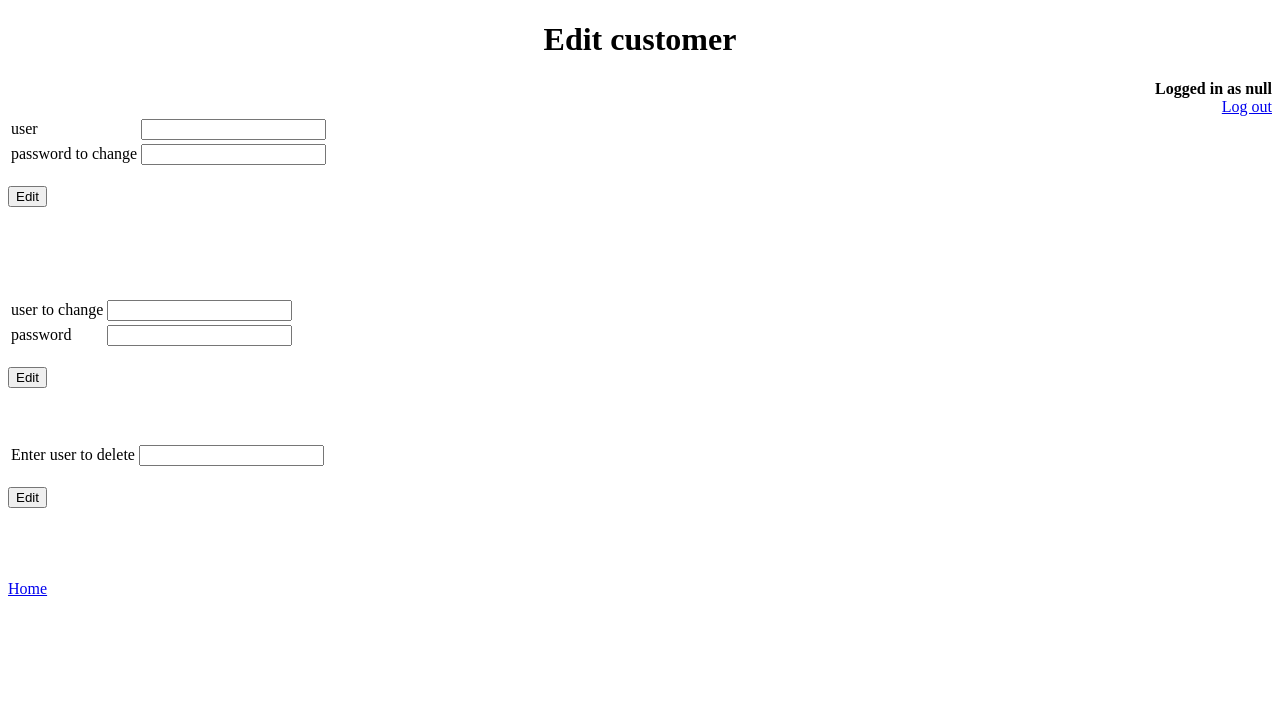
Repository: Pheazon/data_management
Page: http://localhost/cs336Final/editCustomer.jsp
These files come from the project's save history. The page is drawn as it stood at one moment and after a run of saves; the edit follows.
The browser window is 1280 px wide. The pictures show the whole page.
The page is served by Tomcat 9.

Above is the page before, as saved 2019-12-06 06:41:04.

After the next 2 saves:
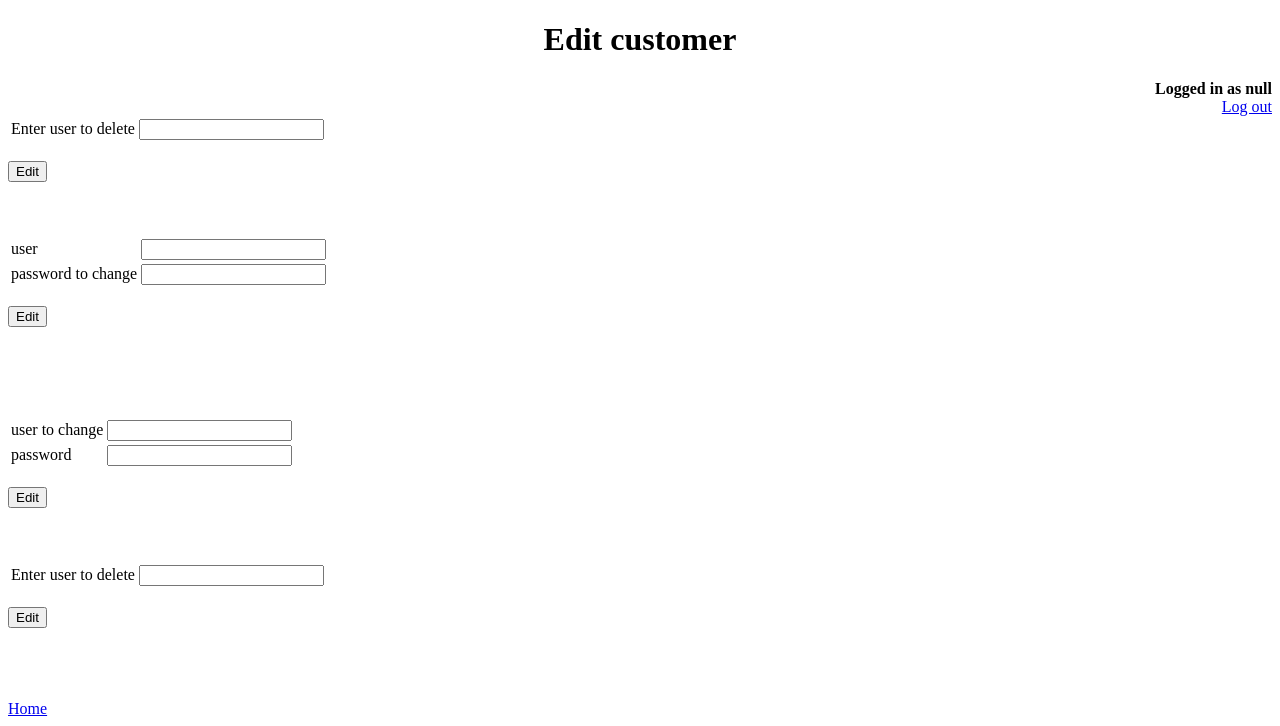
The 2 saves are shown as one change because 1 did not build or start.
The last was saved 94 s later.
--- a/cs336Final/WebContent/editCustomer.jsp
+++ b/cs336Final/WebContent/editCustomer.jsp
@@ -35,6 +35,20 @@
 	//	String password = rs.getString("password");
 
 	%>
+		<form method="post" action="addUser.jsp">
+
+		<table>
+			<tr>
+				<td>Enter user to delete</td>
+				<td><input type="text" name="username" maxlength="25"
+				required></td>
+			</tr>
+		</table>
+			<br> <input type="submit" value="Edit">
+		</form>
+		<br><br><br>
+
+
 		<form method="post" action="editCustomerHandler.jsp">
 
 		<table>
